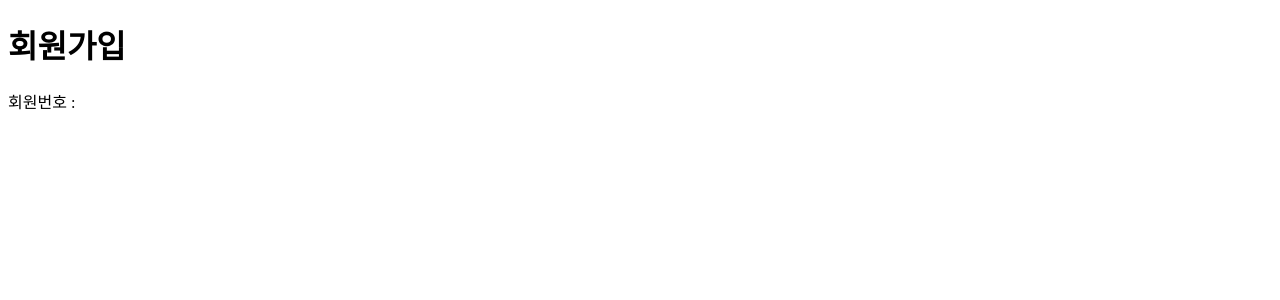
Repository: khkyungnan/Servlet-JSP-Workspace
Page: http://localhost/join/register.jsp
The author's editor kept a copy of each file at every save. The page is drawn from the files as they stood at one save, then again after the next save.
The browser window is 1280 px wide. The pictures show the whole page.
The page is served by Tomcat 9. Other server files are loaded and not shown.

Above is the page before, as saved 2023-11-07 01:36:38.

### join/src/main/webapp/register.jsp
<%@ page language="java" contentType="text/html; charset=EUC-KR"
    pageEncoding="EUC-KR"%>
<!DOCTYPE html>
<html>
<head>
<meta charset="EUC-KR">
<title>Insert title here</title>
<link rel="stylesheet" type="text/css" href="styles.css">
</head>
<body>
<h1>회원가입</h1>
<form action="RegisterServlet" method="post">
	<label for="mno"> 회원번호 : </label>

</form>
</body>
</html>

### join/src/main/webapp/styles.css
styles.css
h1 {
	background-color:#333;
	color:#fff;
	padding :10px;
	text-align :center;
}

After the next save:
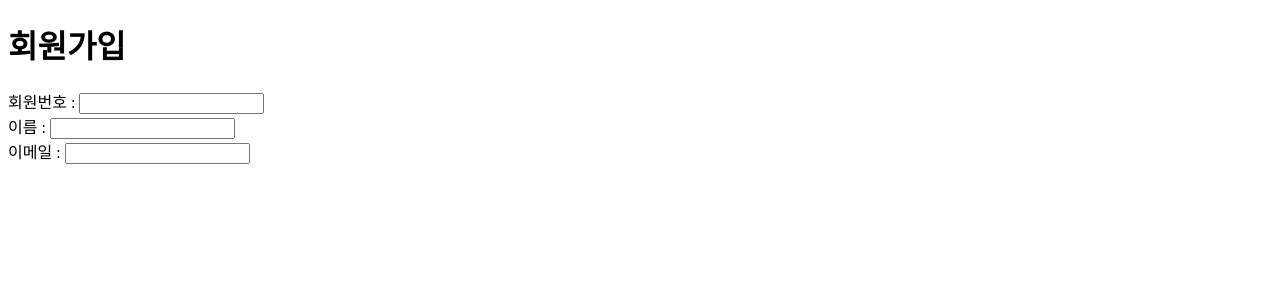
Saved 2 min 33 s later.
--- a/join/src/main/webapp/register.jsp
+++ b/join/src/main/webapp/register.jsp
@@ -11,6 +11,13 @@
 <h1>회원가입</h1>
 <form action="RegisterServlet" method="post">
 	<label for="mno"> 회원번호 : </label>
+	<input type="text" id="mno" name="mno" required><br>
+
+	<label for="mname">이름 : </label>
+	<input type="text" id="mname" name="mname" required><br>
+
+	<label for="memail">이메일 : </label>
+	<input type="email id="memail" name="memail" required><br>
 
 </form>
 </body>
